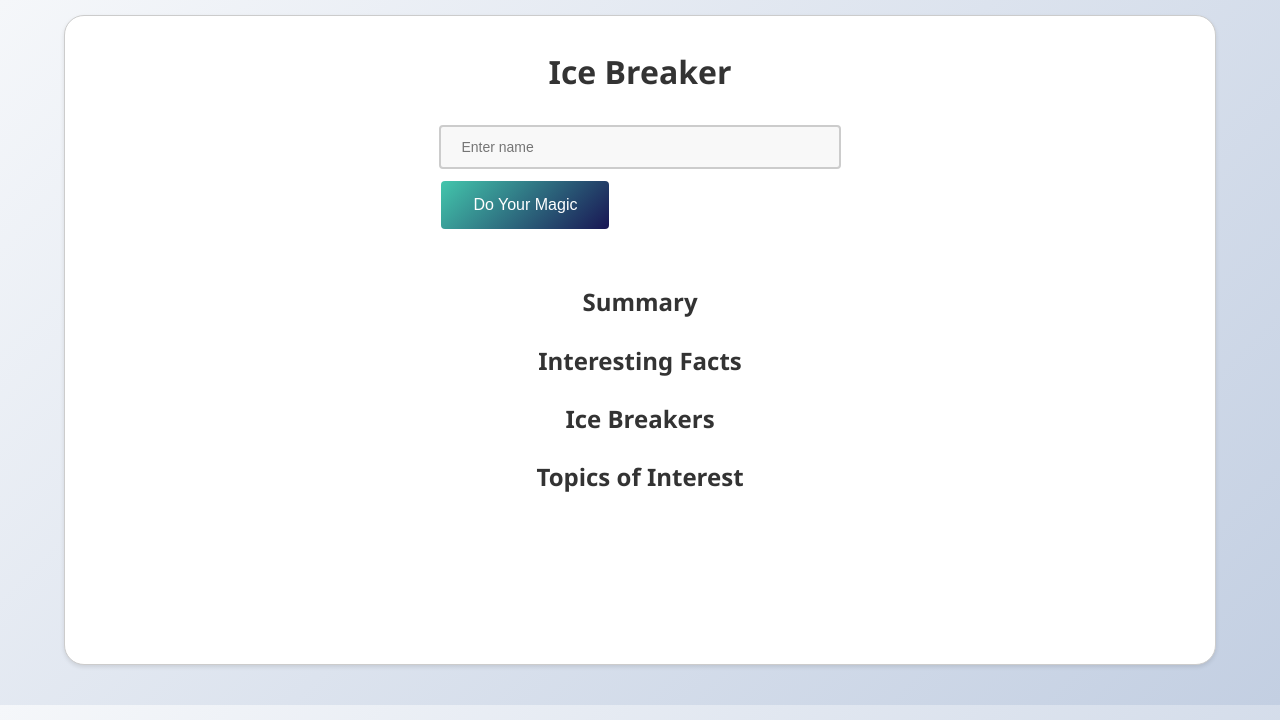
Repository: kunal02kb/Minor-Project-LangCahin
Page: http://localhost/
The author's editor kept a copy of each file at every save. The page is drawn from the files as they stood at one save, then again after the next save.
The browser window is 1280 px wide. The pictures show the whole page.
Some web libraries are served in a nearby version. The page is served by the project's application, run on Flask 3 (app.py).

Above is the page before, as saved 2023-09-27 08:30:24.

After the next save:
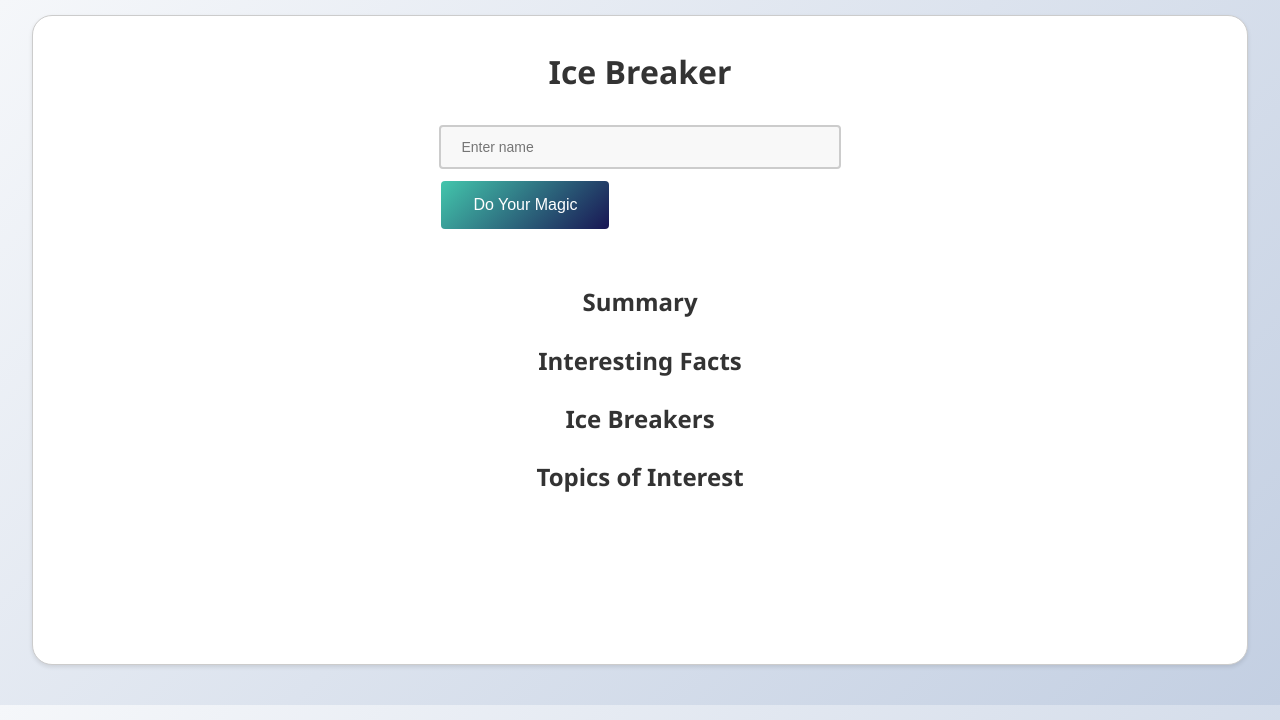
Saved 9 s later.
--- a/static/css/style.css
+++ b/static/css/style.css
@@ -15,7 +15,7 @@ body {
 }
 
 .container {
-    width: 90%;
+    width: 95%;
     min-height: 650px;
     margin: 15px auto;
     padding: 30px;
